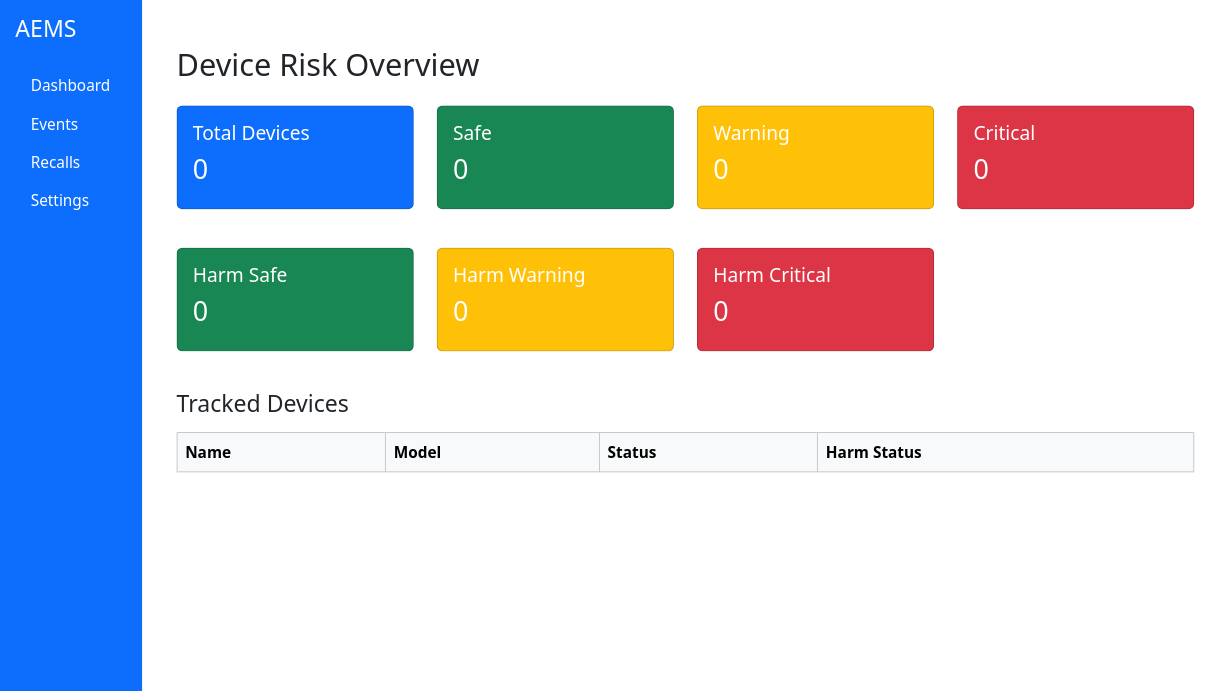
Repository: Sarary2/AEMS_2MVP
Page: / (app in frontend/AEMS/)
These files come from the project's save history. The page is drawn as it stood at one moment and after the next save; the edit follows.
The browser window is 1280 px wide. The pictures show the whole page, at 96% of full size.
The page's requests for data from a server got no answer. The project was rebuilt for these pictures with package versions that can differ from the ones it lists, and the page was loaded fresh each time. No one was signed in, and anything a server would have sent is missing. Also part of the build but not shown: frontend/AEMS/vite.config.js, frontend/AEMS/src/components/DeviceRow.jsx, frontend/AEMS/src/pages/Events.jsx, frontend/AEMS/src/firebase.js, frontend/AEMS/src/pages/Login.jsx, frontend/AEMS/src/pages/Register.jsx, frontend/AEMS/src/pages/TrackedDevices.jsx.

Above is the page before, as saved 2025-05-06 08:34:51.

### frontend/AEMS/src/main.jsx
import React from 'react';
import ReactDOM from 'react-dom/client';
import App from './App.jsx';
import 'bootstrap/dist/css/bootstrap.min.css';

ReactDOM.createRoot(document.getElementById('root')).render(
  <React.StrictMode>
    <App />
  </React.StrictMode>
);

### frontend/AEMS/src/App.jsx
import { BrowserRouter as Router, Routes, Route, useLocation } from 'react-router-dom';
import Sidebar from './components/Sidebar';
import Dashboard from './pages/Dashboard';
import Events from './pages/Events';
import Login from './pages/Login';
import Register from './pages/Register';
import TrackedDevices from './pages/TrackedDevices';
function LayoutWithSidebar({ children }) {
  return (
    <div className="d-flex">
      <Sidebar />
      <div className="p-4 flex-grow-1">
        {children}
      </div>
    </div>
  );
}

function AppRoutes() {
  const location = useLocation();
  const hideSidebar = ['/login', '/register'].includes(location.pathname);

  return (
    hideSidebar ? (
      <Routes>
        <Route path="/login" element={<Login />} />
        <Route path="/register" element={<Register />} />
      </Routes>
    ) : (
      <LayoutWithSidebar>
        <Routes>
          <Route path="/" element={<Dashboard />} />
          <Route path="/events" element={<Events />} />
          <Route path="/tracked" element={<TrackedDevices />} />
        </Routes>
      </LayoutWithSidebar>
    )
  );
}

export default function App() {
  return (
    <Router>
      <AppRoutes />
    </Router>
  );
}

### frontend/AEMS/src/components/Sidebar.jsx
import { Link } from 'react-router-dom';

export default function Sidebar() {
  return (
    <div className="bg-primary text-white vh-100 p-3">
      <h4 className="text-white">AEMS</h4>
      <ul className="nav flex-column mt-4">
        <li className="nav-item"><Link className="nav-link text-white" to="/">Dashboard</Link></li>
        <li className="nav-item"><Link className="nav-link text-white" to="/events">Events</Link></li>
        <li className="nav-item"><Link className="nav-link text-white" to="/recalls">Recalls</Link></li>
        <li className="nav-item"><Link className="nav-link text-white" to="/settings">Settings</Link></li>
        <li className="nav-item">
  <a className="nav-link" href="/tracked">My Devices</a>
</li>
      </ul>
    </div>
  );
}

### frontend/AEMS/src/pages/Dashboard.jsx
import { useEffect, useState } from 'react';
import StatCard from '../components/StatCard';
import DeviceRow from '../components/DeviceRow';
import StatusChart from '../components/StatusChart';
import EventsChart from '../components/EventsChart'; // ✅ Add this line

export default function Dashboard() {
  const [devices, setDevices] = useState([]);

  useEffect(() => {
    fetch('http://localhost:5001/api/devices/all')
      .then(res => res.json())
      .then(data => setDevices(data))
      .catch(err => console.error('Failed to fetch devices', err));
  }, []);

  const getStatusCounts = (key) => ({
    total: devices.length,
    safe: devices.filter(d => d[key] === 'Safe').length,
    warning: devices.filter(d => d[key] === 'Warning').length,
    critical: devices.filter(d => d[key] === 'Critical').length
  });

  const frequency = getStatusCounts('status');
  const harm = getStatusCounts('harmStatus');

  return (
    <div className="container-fluid">
      <h2 className="my-4">Device Risk Overview</h2>

      <div className="row mb-4">
        <StatCard title="Total Devices" count={frequency.total} color="primary" />
        <StatCard title="Safe" count={frequency.safe} color="success" />
        <StatCard title="Warning" count={frequency.warning} color="warning" />
        <StatCard title="Critical" count={frequency.critical} color="danger" />
      </div>

      <div className="row mb-4">
        <StatCard title="Harm Safe" count={harm.safe} color="success" />
        <StatCard title="Harm Warning" count={harm.warning} color="warning" />
        <StatCard title="Harm Critical" count={harm.critical} color="danger" />
      </div>

      {/* ✅ Insert the charts here */}
      {devices.length > 0 && (
        <>
          <EventsChart devices={devices} />
          <StatusChart devices={devices} />
        </>
      )}

      <h4>Tracked Devices</h4>
      <table className="table table-bordered mt-3">
        <thead className="table-light">
          <tr>
            <th>Name</th>
            <th>Model</th>
            <th>Status</th>
            <th>Harm Status</th>
          </tr>
        </thead>
        <tbody>
          {devices.map((device, i) => (
            <DeviceRow
              key={i}
              name={device.deviceName}
              model={device.model}
              status={device.status}
              harmStatus={device.harmStatus}
            />
          ))}
        </tbody>
      </table>
    </div>
  );
}

### frontend/AEMS/src/components/StatCard.jsx
import React from 'react';

export default function StatCard({ title, count, color }) {
  return (
    <div className="col-md-3 mb-3">
      <div className={`card text-white bg-${color}`}>
        <div className="card-body">
          <h5 className="card-title">{title}</h5>
          <h3>{count}</h3>
        </div>
      </div>
    </div>
  );
}

### frontend/AEMS/src/components/StatusChart.jsx
import { Pie } from 'react-chartjs-2';
import {
  Chart as ChartJS,
  ArcElement,
  Tooltip,
  Legend
} from 'chart.js';

ChartJS.register(ArcElement, Tooltip, Legend);

export default function StatusChart({ devices }) {
  const counts = {
    Safe: 0,
    Warning: 0,
    Critical: 0
  };

  devices.forEach(device => {
    if (counts[device.status] !== undefined) {
      counts[device.status]++;
    }
  });

  const chartData = {
    labels: ['Safe', 'Warning', 'Critical'],
    datasets: [
      {
        label: 'Devices',
        data: [counts.Safe, counts.Warning, counts.Critical],
        backgroundColor: ['#198754', '#ffc107', '#dc3545']
      }
    ]
  };

  return (
    <div className="card mb-4">
      <div className="card-body">
        <h5 className="card-title">Device Status Distribution</h5>
        <Pie data={chartData} />
      </div>
    </div>
  );
}

### frontend/AEMS/src/components/EventsChart.jsx
import { Bar } from 'react-chartjs-2';
import {
  Chart as ChartJS,
  BarElement,
  CategoryScale,
  LinearScale,
  Tooltip,
  Legend
} from 'chart.js';

ChartJS.register(BarElement, CategoryScale, LinearScale, Tooltip, Legend);

export default function EventsChart({ devices }) {
  const severityCounts = { Severe: 0, Moderate: 0, Minor: 0 };

  devices.forEach(device => {
    device.events.forEach(event => {
      if (severityCounts[event.severity] !== undefined) {
        severityCounts[event.severity]++;
      }
    });
  });

  const chartData = {
    labels: ['Severe', 'Moderate', 'Minor'],
    datasets: [
      {
        label: 'Event Count',
        data: [
          severityCounts.Severe,
          severityCounts.Moderate,
          severityCounts.Minor
        ],
        backgroundColor: ['#dc3545', '#ffc107', '#198754']
      }
    ]
  };

  return (
    <div className="card mb-4">
      <div className="card-body">
        <h5 className="card-title">Event Severity Distribution</h5>
        <Bar data={chartData} />
      </div>
    </div>
  );
}

Loaded but not shown: frontend/AEMS/index.html (common file)

After the next save:
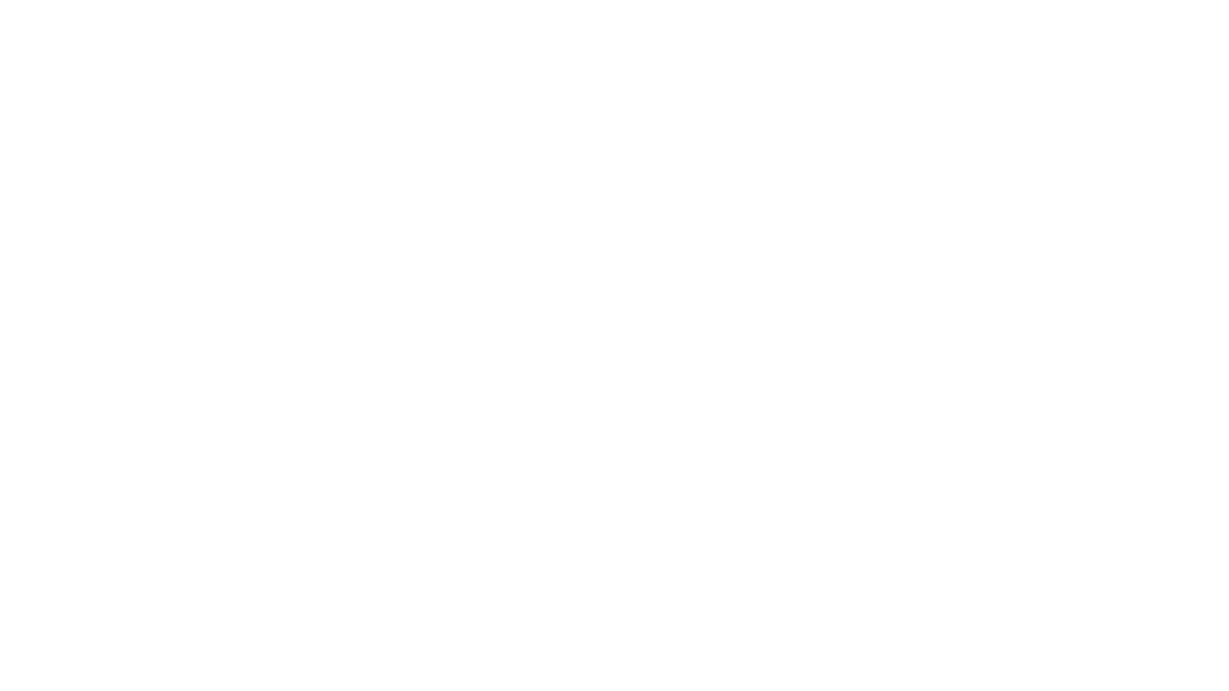
Console error: TypeError: Cannot read properties of undefined (reading 'forEach')
Saved 80 s later.
--- a/frontend/AEMS/src/pages/Dashboard.jsx
+++ b/frontend/AEMS/src/pages/Dashboard.jsx
@@ -14,40 +14,30 @@ export default function Dashboard() {
       .catch(err => console.error('Failed to fetch devices', err));
   }, []);
 
-  const getStatusCounts = (key) => ({
-    total: devices.length,
-    safe: devices.filter(d => d[key] === 'Safe').length,
-    warning: devices.filter(d => d[key] === 'Warning').length,
-    critical: devices.filter(d => d[key] === 'Critical').length
-  });
-
-  const frequency = getStatusCounts('status');
-  const harm = getStatusCounts('harmStatus');
+  const total = devices.length;
+  const safe = devices.filter(d => d.status === 'Safe').length;
+  const warning = devices.filter(d => d.status === 'Warning').length;
+  const critical = devices.filter(d => d.status === 'Critical').length;
 
   return (
     <div className="container-fluid">
       <h2 className="my-4">Device Risk Overview</h2>
 
       <div className="row mb-4">
-        <StatCard title="Total Devices" count={frequency.total} color="primary" />
-        <StatCard title="Safe" count={frequency.safe} color="success" />
-        <StatCard title="Warning" count={frequency.warning} color="warning" />
-        <StatCard title="Critical" count={frequency.critical} color="danger" />
+        <StatCard title="Total Devices" count={total} color="primary" />
+        <StatCard title="Safe" count={safe} color="success" />
+        <StatCard title="Warning" count={warning} color="warning" />
+        <StatCard title="Critical" count={critical} color="danger" />
       </div>
 
-      <div className="row mb-4">
-        <StatCard title="Harm Safe" count={harm.safe} color="success" />
-        <StatCard title="Harm Warning" count={harm.warning} color="warning" />
-        <StatCard title="Harm Critical" count={harm.critical} color="danger" />
+      <div className="row mb-5">
+        <div className="col-md-6">
+          <StatusChart data={{ Safe: safe, Warning: warning, Critical: critical }} />
+        </div>
+        <div className="col-md-6">
+          <EventsChart devices={devices} />
+        </div>
       </div>
-
-      {/* ✅ Insert the charts here */}
-      {devices.length > 0 && (
-        <>
-          <EventsChart devices={devices} />
-          <StatusChart devices={devices} />
-        </>
-      )}
 
       <h4>Tracked Devices</h4>
       <table className="table table-bordered mt-3">
@@ -56,7 +46,6 @@ export default function Dashboard() {
             <th>Name</th>
             <th>Model</th>
             <th>Status</th>
-            <th>Harm Status</th>
           </tr>
         </thead>
         <tbody>
@@ -66,7 +55,6 @@ export default function Dashboard() {
               name={device.deviceName}
               model={device.model}
               status={device.status}
-              harmStatus={device.harmStatus}
             />
           ))}
         </tbody>

After the save that followed:
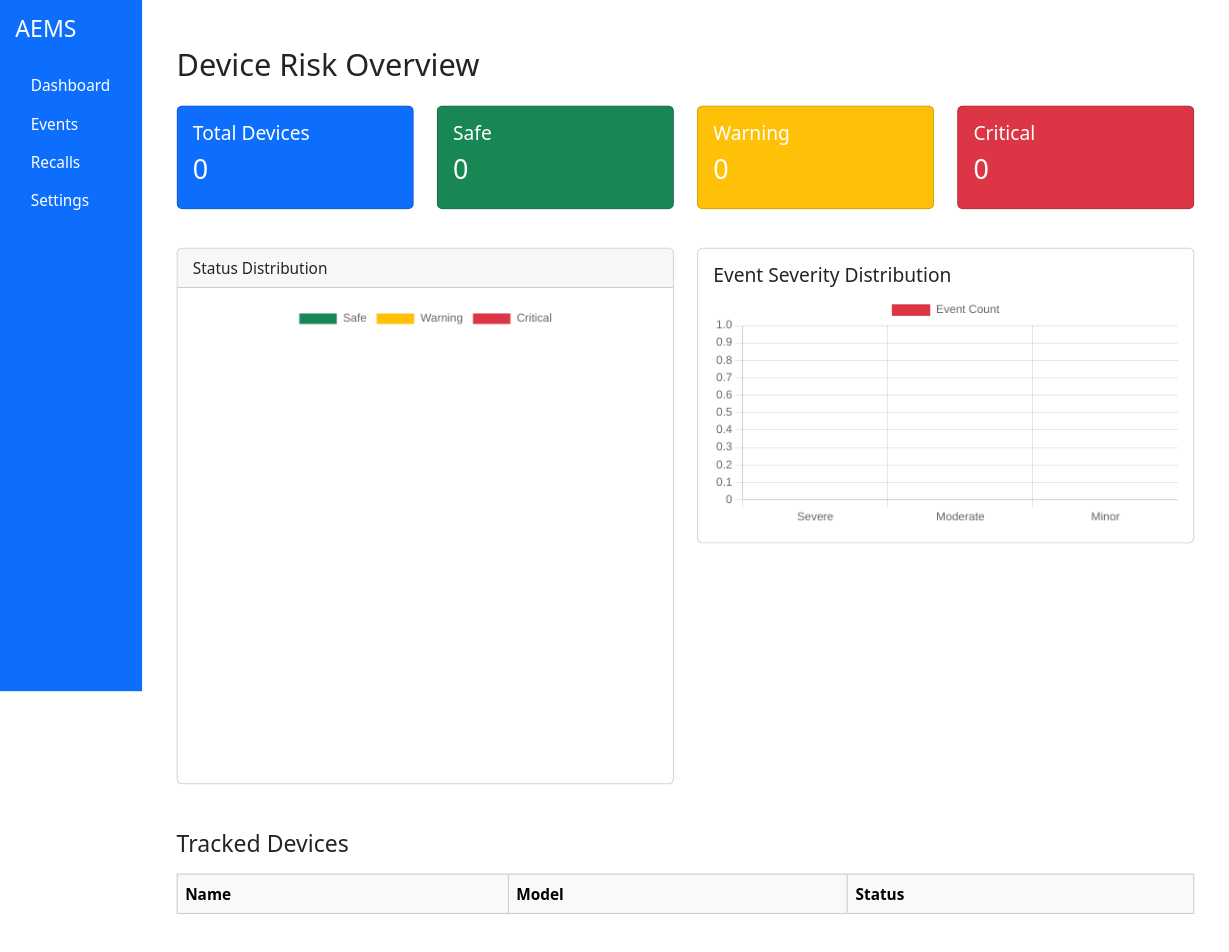
The error is gone.
Saved 59 s later.
--- a/frontend/AEMS/src/components/StatusChart.jsx
+++ b/frontend/AEMS/src/components/StatusChart.jsx
@@ -1,41 +1,24 @@
 import { Pie } from 'react-chartjs-2';
-import {
-  Chart as ChartJS,
-  ArcElement,
-  Tooltip,
-  Legend
-} from 'chart.js';
+import { Chart as ChartJS, ArcElement, Tooltip, Legend } from 'chart.js';
 
 ChartJS.register(ArcElement, Tooltip, Legend);
 
-export default function StatusChart({ devices }) {
-  const counts = {
-    Safe: 0,
-    Warning: 0,
-    Critical: 0
-  };
-
-  devices.forEach(device => {
-    if (counts[device.status] !== undefined) {
-      counts[device.status]++;
-    }
-  });
-
+export default function StatusChart({ data }) {
   const chartData = {
     labels: ['Safe', 'Warning', 'Critical'],
     datasets: [
       {
-        label: 'Devices',
-        data: [counts.Safe, counts.Warning, counts.Critical],
-        backgroundColor: ['#198754', '#ffc107', '#dc3545']
-      }
-    ]
+        data: [data.Safe, data.Warning, data.Critical],
+        backgroundColor: ['#198754', '#ffc107', '#dc3545'],
+        borderWidth: 1,
+      },
+    ],
   };
 
   return (
-    <div className="card mb-4">
+    <div className="card">
+      <div className="card-header">Status Distribution</div>
       <div className="card-body">
-        <h5 className="card-title">Device Status Distribution</h5>
         <Pie data={chartData} />
       </div>
     </div>
